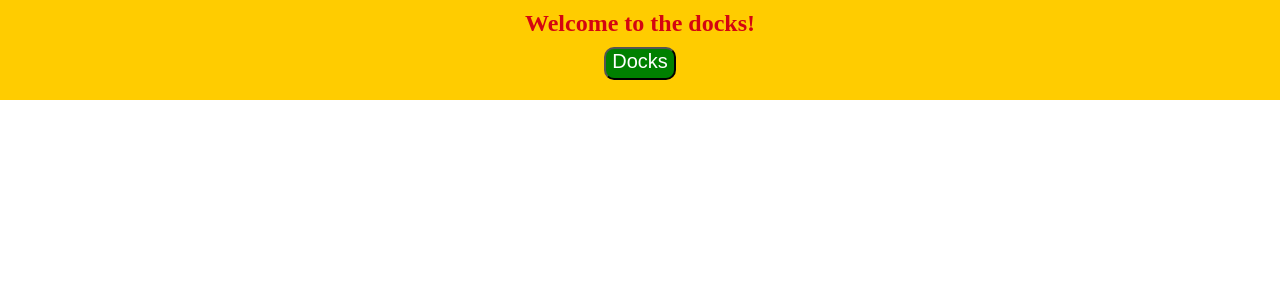
Repository: charliejp0311/java-final-proj
Page: dockWalk-frontend/index.html
These files come from the project's save history. The page is drawn as it stood at one moment and after the next save; the edit follows.
The browser window is 1280 px wide. The pictures show the whole page.
The page's requests for data from a server got no answer.

Above is the page before, as saved 2020-08-27 16:16:24.

### dockWalk-frontend/index.html
<!DOCTYPE html>
<html lang="en" dir="ltr">
    <head>
        <meta charset="utf-8">
        <link rel="stylesheet" href="style.css">
        <title>Dock Walk</title>
    </head>
    <body>
        <header>
            <h2>Welcome to the docks!</h2>
        </header>
        <main id="dock">

        </main>
    </body>
    <script type="application/javascript" src="src/index.js" charset="UTF-8"></script>
    <script type="application/javascript" src="src/dock.js" charset="UTF-8"></script>
</html>

### dockWalk-frontend/style.css
body {
    margin: 0;
    padding: 0;
}

header {
    background-color: #FFCC00;
    color: #D40511;
    text-align: center;
    margin: 0 auto;
    height: 100px;
}

header h2 {
    padding: 10px;
    margin: 0;
}

main {
    display: grid;
    grid-template-columns: 1fr;
    grid-template-rows: auto;
    grid-gap: 20px;
    padding-top: 10px;
    padding-bottom: 30px;
}

div.card {
    background-color: #eeeeee;
    height: 250px;
    width: 300px;
    box-shadow: 10px 10px grey;
    padding: 10px;
    border-radius: 10px;
}

p {
    font-size: 1.5em;
    color: black;
    font-family: Helvetica;
}

li {
    font-size: 1.05em;
    list-style: none;
    padding-right: 20px;
    text-align: center;
}

button {
    font-size: 1.25em;
    color: #fff;
    background-color: green;
    border-radius: 10px;
    padding-bottom: 5px;
}

button.release {
    float: right;
    background-color: #E1332D;
}

@media only screen and (min-width: 500px) {
    main {
        grid-template-columns: 1fr 1fr;
    }
}

@media only screen and (min-width: 850px) {
    main {
        grid-template-columns: 1fr 1fr 1fr 1fr;
    }
}

### dockWalk-frontend/src/index.js
document.addEventListener("DOMContentLoaded", function () {
    let h = document.getElementsByTagName('header')[0]
    let button1 = document.createElement('button')
    button1.innerText = "Docks"
    button1.addEventListener('click',fetchDocks())
    h.appendChild(button1)
});

### dockWalk-frontend/src/dock.js
let dockCard = (sec,ranges)=> {
    let body = document.getElementById('dock')
    let div = document.createElement('div')
    div.className = 'card'
    // div.addEventListener('click',sectionClick())
    div.innerText = sec.attributes.section
    let ul = document.createElement('ul')
    ul.innerText = "Door Ranges"
    for (const rng of ranges) {
        let li = document.createElement('li')
        // li.addEventListener('click',rangeClick())
        li.innerText = rng.attributes.range
        ul.appendChild(li)
    }
    div.appendChild(ul)
    body.appendChild(div)
}


let displayDocks = (docks) => {
    let d = docks.data
    let r = docks.included
    for (const section of d) {
        let rngs = r.filter(rng=>rng.relationships.dock.data.id === section.id)
        dockCard(section,rngs)
    }
}

let fetchDocks = () => {
    return fetch('http://localhost:3000/docks')
    .then(resp => resp.json())
    .then(json=> displayDocks(json))
}

After the next save:
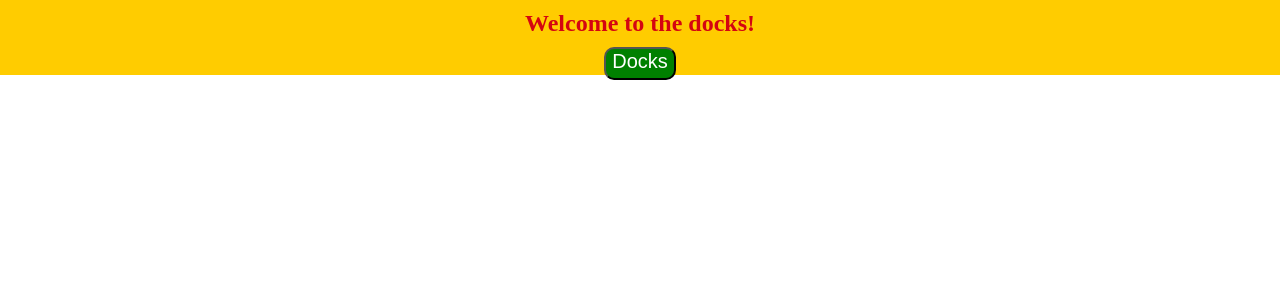
Saved 11 s later.
--- a/dockWalk-frontend/style.css
+++ b/dockWalk-frontend/style.css
@@ -8,7 +8,7 @@ header {
     color: #D40511;
     text-align: center;
     margin: 0 auto;
-    height: 100px;
+    height: 75px;
 }
 
 header h2 {
